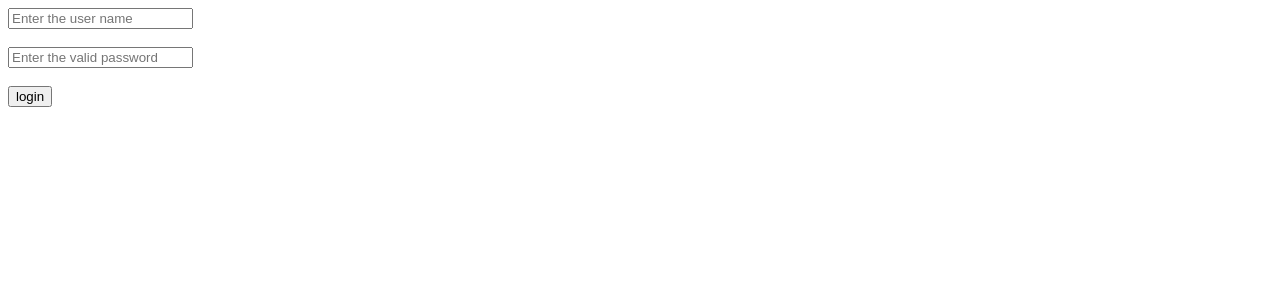
Repository: LSLParvathi/WebApplications
Page: http://localhost/loginpage/Resources/jsp/login.jsp
An editor plug-in stored every save of this project. The page is shown before and after the next save, followed by the edit.
The browser window is 1280 px wide. The pictures show the whole page.
The page is served by Tomcat 9.

Above is the page before, as saved 2020-02-14 05:29:24.

After the next save:
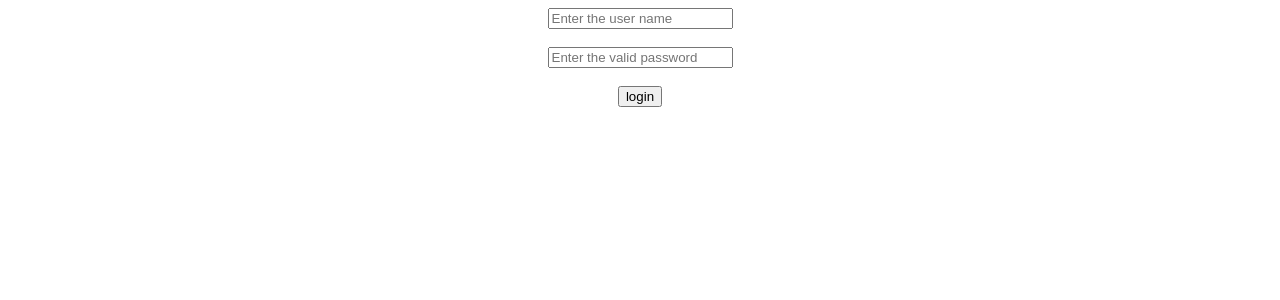
Saved 33 s later.
--- a/loginpage/WebContent/Resources/jsp/login.jsp
+++ b/loginpage/WebContent/Resources/jsp/login.jsp
@@ -9,7 +9,7 @@
    </head>
        <body>
            <form action="login">
-              <div>
+              <div class="firstpage" align="center">
                  <input type="text" name="user" placeholder="Enter the user name"><br><br>
                  <input type="password" name="pass" placeholder="Enter the valid password"><br><br>
                  <input type="submit" value="login">
